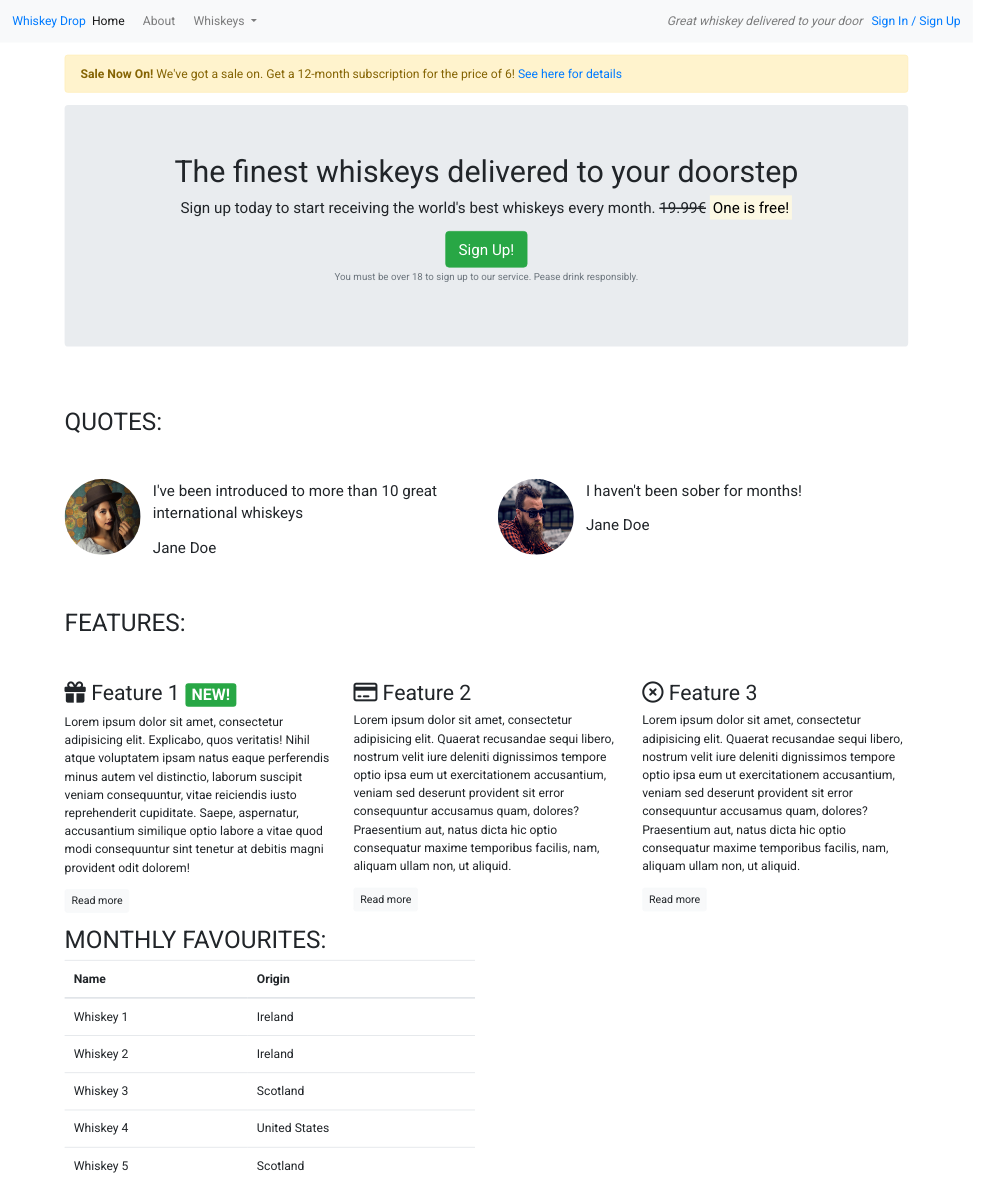
Repository: Sarani1612/whiskey-drop
Page: index.html
The author's editor kept a record of every edit. The page is drawn from the files as they stood at one moment, then again after the next edit.
The browser window is 1280 px wide. The page is 1280 px wide, then 1295 px, then 1280 px, so the pictures cover 1295 px, including what lies to the right of the window. The pictures show the whole page, at 76% of full size.
Some web libraries are served in a nearby version.

Above is the page before.
Console error: TypeError: Cannot read properties of undefined (reading 'fn')

### index.html
<!DOCTYPE html>
<html lang="en">

<head>
    <meta charset="UTF-8">
    <meta name="viewport" content="width=device-width, initial-scale=1.0">
    <meta http-equiv="X-UA-Compatible" content="ie=edge">
    <link rel="stylesheet" href="https://stackpath.bootstrapcdn.com/bootstrap/4.3.1/css/bootstrap.min.css" integrity="sha384-ggOyR0iXCbMQv3Xipma34MD+dH/1fQ784/j6cY/iJTQUOhcWr7x9JvoRxT2MZw1T" crossorigin="anonymous">
    <script src="https://stackpath.bootstrapcdn.com/bootstrap/4.3.1/js/bootstrap.min.js" integrity="sha384-JjSmVgyd0p3pXB1rRibZUAYoIIy6OrQ6VrjIEaFf/nJGzIxFDsf4x0xIM+B07jRM" crossorigin="anonymous"></script>
    <script src="https://kit.fontawesome.com/f41741c87d.js"></script>
    <link href="https://fonts.googleapis.com/css?family=Roboto:400,700&display=swap" rel="stylesheet">
    <link rel="stylesheet" href="css/main.css" type="text/css" />
    <title>Whiskey Drop | Taste a new whiskey every month</title>
</head>

<body>
    <nav class="navbar navbar-light bg-light navbar-expand-sm">
        <a href="/" class="navar-brand">Whiskey Drop</a>
        <button class="navbar-toggler ml-auto" type="button" data-toggle="collapse" data-target="#navbarNavDropdown" aria-controls="navbarNavDropdown" aria-expanded="false" aria-label="Toggle navigation">
        <span class="navbar-toggler-icon"></span></button>
        <div class="collapse navbar-collapse" id="navbarNavDropdown">
            <ul class="navbar-nav mr-auto">
                <li class="active nav-item mr-2"><a class="nav-link" href="/">Home</a></li>
                <li class="nav-item mr-2"><a class="nav-link" href="">About</a></li>
                <li class="nav-item dropdown">
                    <a class="nav-link dropdown-toggle" href="#" id="navbarDropdownMenuLink" role="button" data-toggle="dropdown" aria-haspopup="true" aria-expanded="false">
          Whiskeys
        </a>
                    <div class="dropdown-menu" aria-labelledby="navbarDropdownMenuLink">
                        <a class="dropdown-item" href="#">Irish</a>
                        <a class="dropdown-item" href="#">Scotch</a>
                        <a class="dropdown-item" href="#">Japanese</a>
                        <a class="dropdown-item" href="#">American</a>
                    </div>

                </li>
                <li class="nav-item mr-2 d-block d-sm-none"><a class="nav-link" href="">Sign In / Sign Up</a></li>
            </ul>
        </div>
        <div class="d-none d-md-block">
            <p class="navbar-text my-auto mr-2"><i>Great whiskey delivered to your door</i></p>
            <a href="/login">Sign In / Sign Up</a>
        </div>
    </nav>
    <div class="container mt-3">
        <div class="row d-none d-sm-block">
            <div class="col-12">
                <div class="alert alert-warning">
                    <strong>Sale Now On!</strong> We've got a sale on. Get a 12-month subscription for the price of 6!
                    <a href="/">See here for details</a>
                </div>
            </div>
        </div>
        <!-- Callout -->
        <div class="row">
            <div class="col-12">
                <section class="callout jumbotron text-center">
                    <h1>The finest whiskeys delivered to your doorstep</h1>
                    <p class="lead">Sign up today to start receiving the world's best whiskeys every month.
                        <s class="d-none d-sm-inline">19.99€</s>
                        <span class="d-inline d-sm-none"><br></span>
                        <strong><mark>One is free!</mark></strong></p>
                    <button class="btn btn-success btn-lg" data-toggle="modal" data-target="#signUpModal">Sign Up!</button>
                    <p class="text-muted"><small>You must be over 18 to sign up to our service. Pease drink responsibly.</small></p>
                </section>
            </div>
        </div>
        <!-- /.Callout -->
    </div>

    <!-- Quotes -->
    <div class="container quotes-container">
        <section class="quotes">
            <div class="row">
                <div class="col-12 my-5">
                    <h2 class="text-uppercase">Quotes:</h2>
                </div>
            </div>
            <div class="row">
                <div class="col-12 col-md-6">
                    <div class="media">
                        <div class="d-none d-sm-block">
                            <img src="Images/girl-image.png" class="rounded-circle mr-3" height=100 width=100>
                        </div>
                        <div class="media-body">
                            <blockquote class="blockquote">
                                <p>I've been introduced to more than 10 great international whiskeys</p>
                                <p>Jane Doe</p>
                            </blockquote>
                        </div>
                    </div>
                </div>
                <div class="col-12 col-md-6">
                    <div class="media">
                        <div class="d-none d-sm-block">
                            <img src="Images/guy-image.png" class="rounded-circle mr-3" height=100 width=100>
                        </div>
                        <div class="media-body">
                            <blockquote class="blockquote">
                                <p>I haven't been sober for months!</p>
                                <p>Jane Doe</p>
                            </blockquote>
                        </div>
                    </div>
                </div>
            </div>
        </section>
        <!-- /.quotes -->
    </div>

    <!-- Features -->
    <div class="container features-container">
    <section class="features">
        <div class="row">
            <div class="col-12 my-5">
                <h2 class="text-uppercase">Features:</h2>
            </div>
        </div>
        <div class="row">
            <div class="col-12 col-md-6 col-lg-4">
                <div class="feature">
                    <h3><i class="fas fa-gift d-none d-sm-inline"></i> Feature 1 <span class="badge badge-success">NEW!</span></h3>
                    <p>Lorem ipsum dolor sit amet, consectetur adipisicing elit. Explicabo, quos veritatis! Nihil atque voluptatem ipsam natus eaque perferendis minus autem vel distinctio, laborum suscipit veniam consequuntur, vitae reiciendis iusto reprehenderit
                        cupiditate. Saepe, aspernatur, accusantium similique optio labore a vitae quod modi consequuntur sint tenetur at debitis magni provident odit dolorem!</p>
                    <p><a class="btn btn-sm btn-light" href="">Read more</a></p>
                </div>
            </div>
            <div class="col-12 col-md-6 col-lg-4">
                <div class="feature">
                    <h3><i class="far fa-credit-card d-none d-sm-inline"></i> Feature 2</h3>
                    <p>Lorem ipsum dolor sit amet, consectetur adipisicing elit. Quaerat recusandae sequi libero, nostrum velit iure deleniti dignissimos tempore optio ipsa eum ut exercitationem accusantium, veniam sed deserunt provident sit error consequuntur
                        accusamus quam, dolores? Praesentium aut, natus dicta hic optio consequatur maxime temporibus facilis, nam, aliquam ullam non, ut aliquid.</p>
                    <p><a class="btn btn-sm btn-light" href="">Read more</a></p>
                </div>
            </div>
            <div class="col-12 d-md-none d-lg-block col-lg-4">
                <div class="feature">
                    <h3><i class="far fa-times-circle d-none d-sm-inline"></i> Feature 3</h3>
                    <p>Lorem ipsum dolor sit amet, consectetur adipisicing elit. Quaerat recusandae sequi libero, nostrum velit iure deleniti dignissimos tempore optio ipsa eum ut exercitationem accusantium, veniam sed deserunt provident sit error consequuntur
                        accusamus quam, dolores? Praesentium aut, natus dicta hic optio consequatur maxime temporibus facilis, nam, aliquam ullam non, ut aliquid.</p>
                    <p><a class="btn btn-sm btn-light" href="">Read more</a></p>
                </div>
            </div>
        </div>
    </section>
    <!-- /.Features -->

    <!-- Monthly Favourites -->
    <section>
        <div class="row">
            <div class="col-12">
                <h2 class="text-uppercase">Monthly Favourites:</h2>
            </div>
        </div>
        <div class="row">
            <div class="col-6">
                <table class="table">
                    <thead>
                        <tr>
                            <th scope="col">Name</th>
                            <th scope="col">Origin</th>
                        </tr>
                    </thead>
                    <tbody>
                        <tr>
                            <td>Whiskey 1</td>
                            <td>Ireland</td>
                        </tr>
                        <tr>
                            <td>Whiskey 2</td>
                            <td>Ireland</td>
                        </tr>
                        <tr>
                            <td>Whiskey 3</td>
                            <td>Scotland</td>
                        </tr>
                        <tr>
                            <td>Whiskey 4</td>
                            <td>United States</td>
                        </tr>
                        <tr>
                            <td>Whiskey 5</td>
                            <td>Scotland</td>
                        </tr>
                    </tbody>
                </table>
            </div>
        </div>
    </section>
    </article>

    <div class="modal" tabindex="-1" role="dialog" id="signUpModal">
        <div class="modal-dialog" role="document">
            <div class="modal-content">
                <div class="modal-header">
                    <h5 class="modal-title">Sign up to Whiskey Drop!</h5>
                    <button type="button" class="close" data-dismiss="modal" aria-label="Close">
          <span aria-hidden="true">&times;</span>
        </button>
                </div>
                <div class="modal-body">
                    <form>
                        <div class="form-group">
                            <label for="exampleInputEmail1">Email address</label>
                            <input type="email" class="form-control" id="exampleInputEmail1" aria-describedby="emailHelp" placeholder="Enter email">
                            <small id="emailHelp" class="form-text text-muted">We'll never share your email with anyone else.</small>
                        </div>
                        <div class="form-group">
                            <label for="password">Password</label>
                            <input type="password" class="form-control" id="password" placeholder="Password">
                        </div>
                        <div class="form-group">
                            <label for="repeatPassword">Repeat password</label>
                            <input type="password" class="form-control" id="repeatPassword" placeholder="Repeat password">
                        </div>
                        <button type="submit" class="btn btn-success">Submit</button>
                    </form>
                </div>
            </div>
        </div>
    </div>

    <script src="https://code.jquery.com/jquery-3.3.1.slim.min.js" integrity="sha384-q8i/X+965DzO0rT7abK41JStQIAqVgRVzpbzo5smXKp4YfRvH+8abtTE1Pi6jizo" crossorigin="anonymous"></script>
    <script src="https://cdnjs.cloudflare.com/ajax/libs/popper.js/1.14.7/umd/popper.min.js" integrity="sha384-UO2eT0CpHqdSJQ6hJty5KVphtPhzWj9WO1clHTMGa3JDZwrnQq4sF86dIHNDz0W1" crossorigin="anonymous"></script>
    <script src="https://stackpath.bootstrapcdn.com/bootstrap/4.3.1/js/bootstrap.min.js" integrity="sha384-JjSmVgyd0p3pXB1rRibZUAYoIIy6OrQ6VrjIEaFf/nJGzIxFDsf4x0xIM+B07jRM" crossorigin="anonymous"></script>
</body>

</html>

### css/main.css
body {
    font-family: 'Roboto', sans-serif;
}

.alert-container {

}

.callout-container {
    height: 100vh;
}

.quotes-container {

}

.features-container {

}

After the next edit:
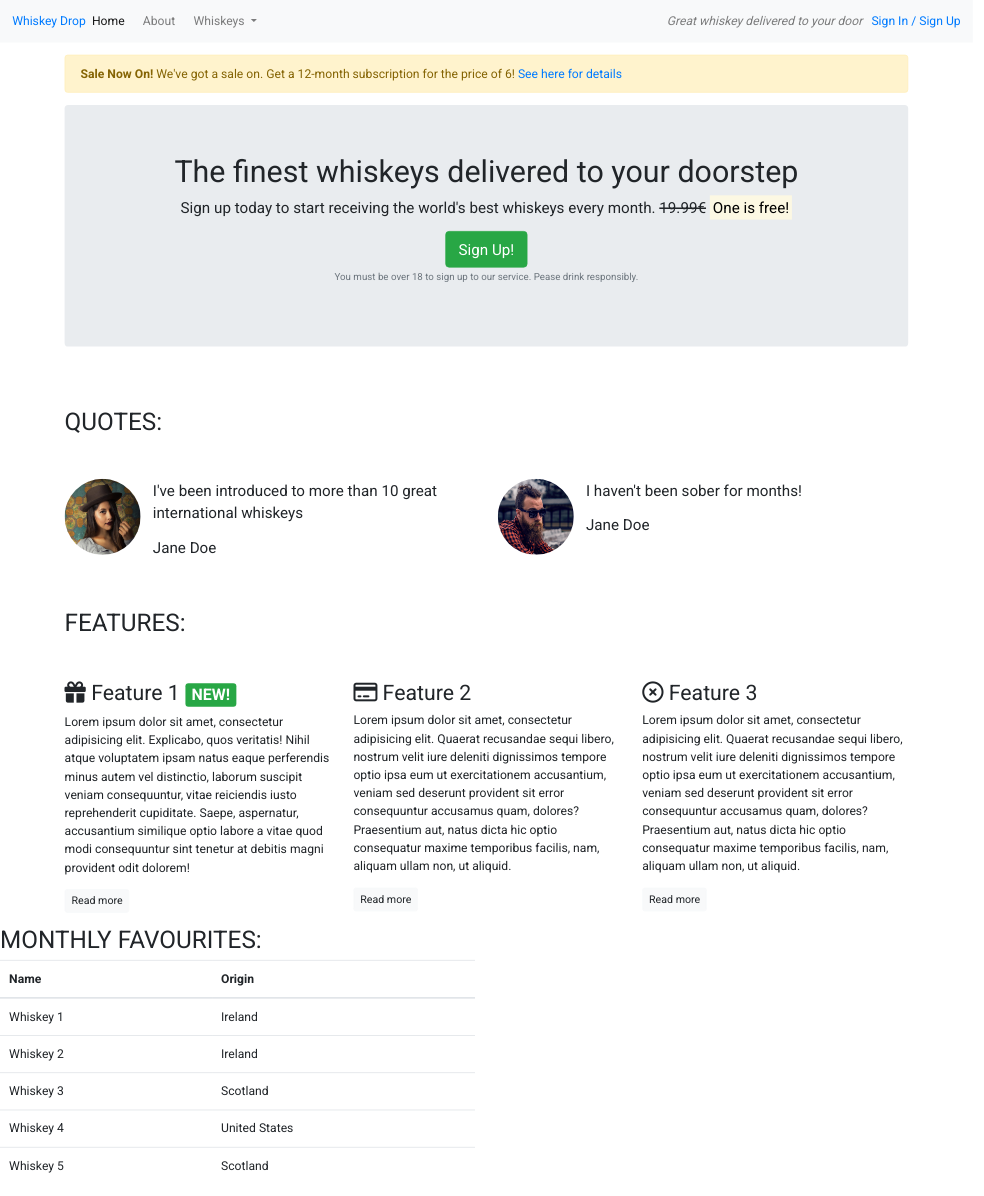
The edit:
--- a/index.html
+++ b/index.html
@@ -110,40 +110,41 @@
 
     <!-- Features -->
     <div class="container features-container">
-    <section class="features">
-        <div class="row">
-            <div class="col-12 my-5">
-                <h2 class="text-uppercase">Features:</h2>
-            </div>
-        </div>
-        <div class="row">
-            <div class="col-12 col-md-6 col-lg-4">
-                <div class="feature">
-                    <h3><i class="fas fa-gift d-none d-sm-inline"></i> Feature 1 <span class="badge badge-success">NEW!</span></h3>
-                    <p>Lorem ipsum dolor sit amet, consectetur adipisicing elit. Explicabo, quos veritatis! Nihil atque voluptatem ipsam natus eaque perferendis minus autem vel distinctio, laborum suscipit veniam consequuntur, vitae reiciendis iusto reprehenderit
-                        cupiditate. Saepe, aspernatur, accusantium similique optio labore a vitae quod modi consequuntur sint tenetur at debitis magni provident odit dolorem!</p>
-                    <p><a class="btn btn-sm btn-light" href="">Read more</a></p>
-                </div>
-            </div>
-            <div class="col-12 col-md-6 col-lg-4">
-                <div class="feature">
-                    <h3><i class="far fa-credit-card d-none d-sm-inline"></i> Feature 2</h3>
-                    <p>Lorem ipsum dolor sit amet, consectetur adipisicing elit. Quaerat recusandae sequi libero, nostrum velit iure deleniti dignissimos tempore optio ipsa eum ut exercitationem accusantium, veniam sed deserunt provident sit error consequuntur
-                        accusamus quam, dolores? Praesentium aut, natus dicta hic optio consequatur maxime temporibus facilis, nam, aliquam ullam non, ut aliquid.</p>
-                    <p><a class="btn btn-sm btn-light" href="">Read more</a></p>
-                </div>
-            </div>
-            <div class="col-12 d-md-none d-lg-block col-lg-4">
-                <div class="feature">
-                    <h3><i class="far fa-times-circle d-none d-sm-inline"></i> Feature 3</h3>
-                    <p>Lorem ipsum dolor sit amet, consectetur adipisicing elit. Quaerat recusandae sequi libero, nostrum velit iure deleniti dignissimos tempore optio ipsa eum ut exercitationem accusantium, veniam sed deserunt provident sit error consequuntur
-                        accusamus quam, dolores? Praesentium aut, natus dicta hic optio consequatur maxime temporibus facilis, nam, aliquam ullam non, ut aliquid.</p>
-                    <p><a class="btn btn-sm btn-light" href="">Read more</a></p>
-                </div>
-            </div>
-        </div>
-    </section>
-    <!-- /.Features -->
+        <section class="features">
+            <div class="row">
+                <div class="col-12 my-5">
+                    <h2 class="text-uppercase">Features:</h2>
+                </div>
+            </div>
+            <div class="row">
+                <div class="col-12 col-md-6 col-lg-4">
+                    <div class="feature">
+                        <h3><i class="fas fa-gift d-none d-sm-inline"></i> Feature 1 <span class="badge badge-success">NEW!</span></h3>
+                        <p>Lorem ipsum dolor sit amet, consectetur adipisicing elit. Explicabo, quos veritatis! Nihil atque voluptatem ipsam natus eaque perferendis minus autem vel distinctio, laborum suscipit veniam consequuntur, vitae reiciendis iusto
+                            reprehenderit cupiditate. Saepe, aspernatur, accusantium similique optio labore a vitae quod modi consequuntur sint tenetur at debitis magni provident odit dolorem!</p>
+                        <p><a class="btn btn-sm btn-light" href="">Read more</a></p>
+                    </div>
+                </div>
+                <div class="col-12 col-md-6 col-lg-4">
+                    <div class="feature">
+                        <h3><i class="far fa-credit-card d-none d-sm-inline"></i> Feature 2</h3>
+                        <p>Lorem ipsum dolor sit amet, consectetur adipisicing elit. Quaerat recusandae sequi libero, nostrum velit iure deleniti dignissimos tempore optio ipsa eum ut exercitationem accusantium, veniam sed deserunt provident sit error consequuntur
+                            accusamus quam, dolores? Praesentium aut, natus dicta hic optio consequatur maxime temporibus facilis, nam, aliquam ullam non, ut aliquid.</p>
+                        <p><a class="btn btn-sm btn-light" href="">Read more</a></p>
+                    </div>
+                </div>
+                <div class="col-12 d-md-none d-lg-block col-lg-4">
+                    <div class="feature">
+                        <h3><i class="far fa-times-circle d-none d-sm-inline"></i> Feature 3</h3>
+                        <p>Lorem ipsum dolor sit amet, consectetur adipisicing elit. Quaerat recusandae sequi libero, nostrum velit iure deleniti dignissimos tempore optio ipsa eum ut exercitationem accusantium, veniam sed deserunt provident sit error consequuntur
+                            accusamus quam, dolores? Praesentium aut, natus dicta hic optio consequatur maxime temporibus facilis, nam, aliquam ullam non, ut aliquid.</p>
+                        <p><a class="btn btn-sm btn-light" href="">Read more</a></p>
+                    </div>
+                </div>
+            </div>
+        </section>
+        <!-- /.Features -->
+    </div>
 
     <!-- Monthly Favourites -->
     <section>

After the edit that followed:
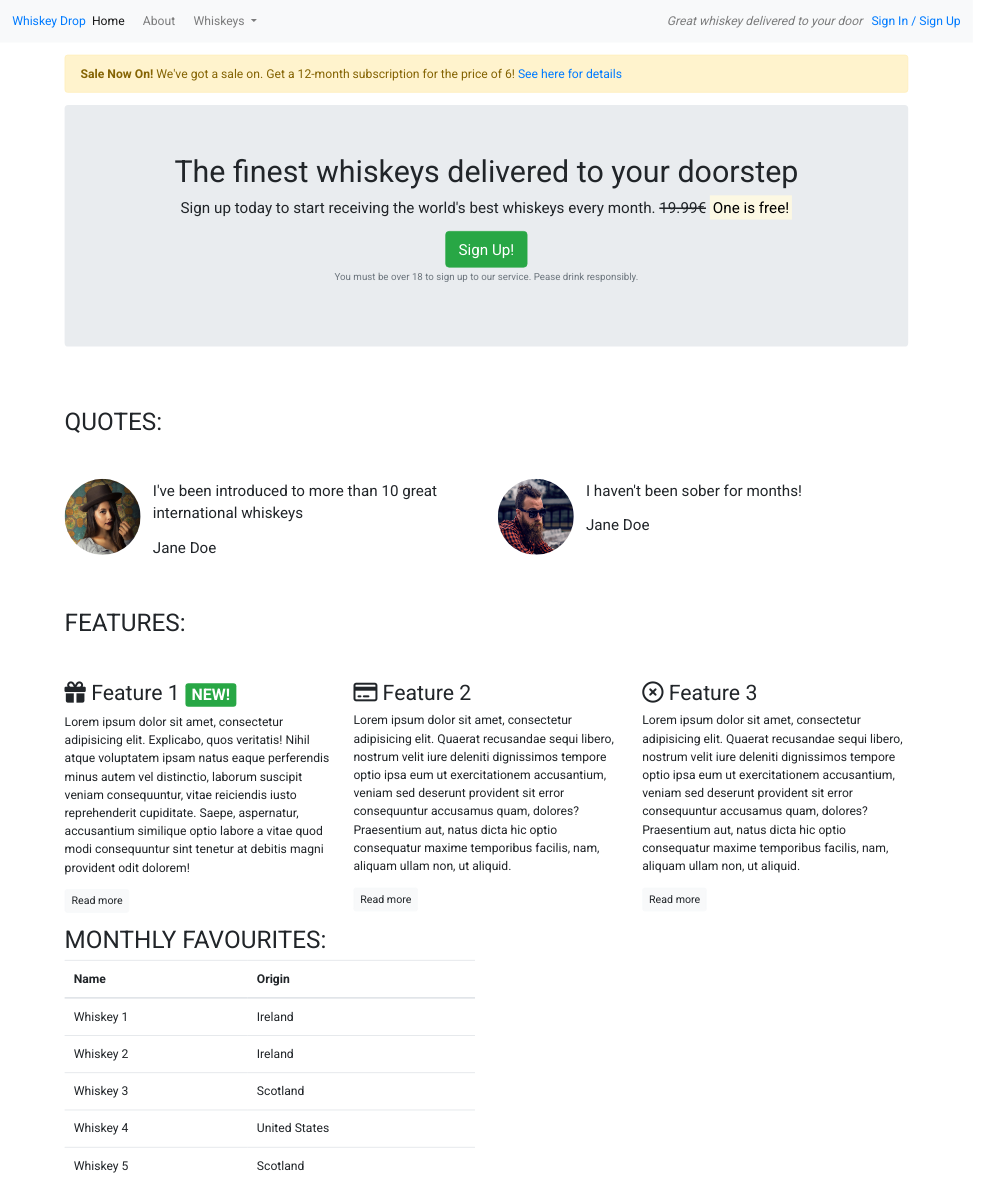
The edit:
--- a/index.html
+++ b/index.html
@@ -147,6 +147,7 @@
     </div>
 
     <!-- Monthly Favourites -->
+    <div class="container monthly-container">
     <section>
         <div class="row">
             <div class="col-12">
